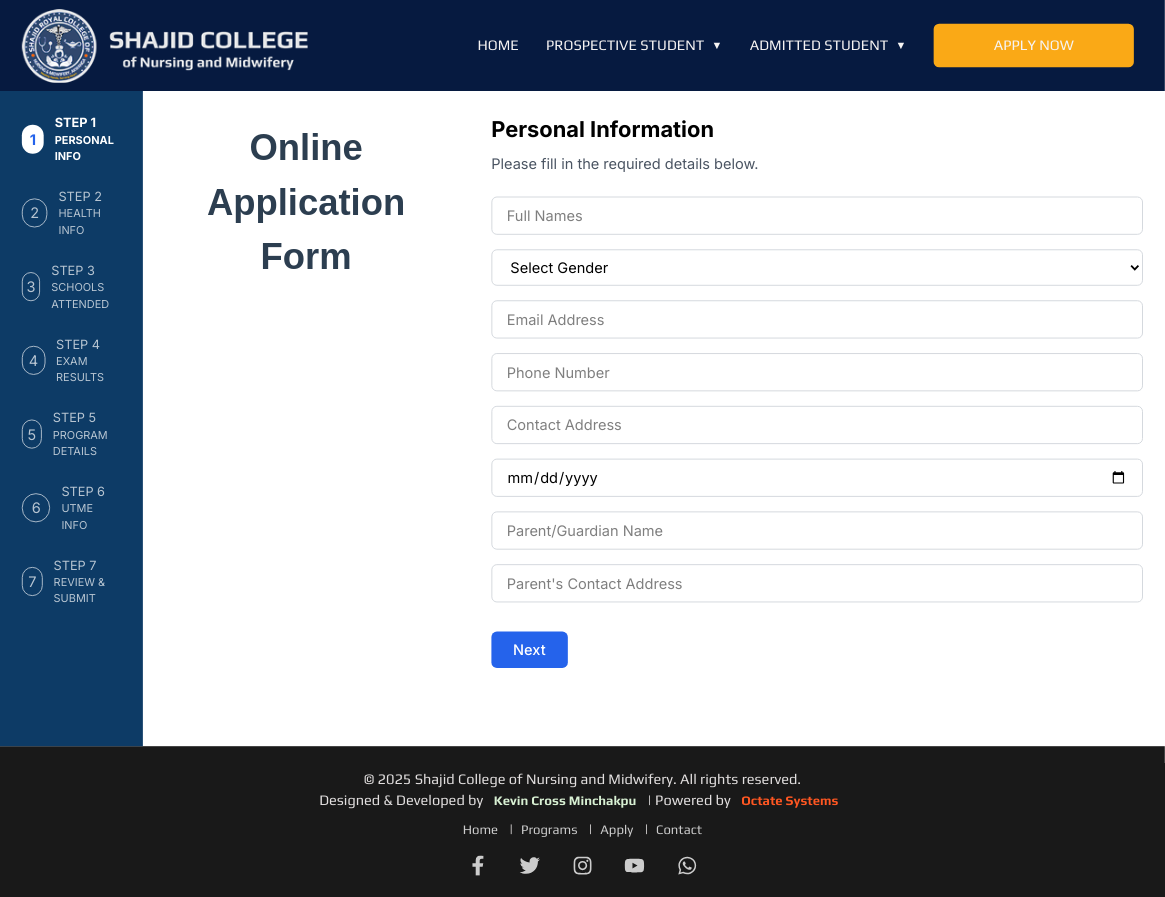
Repository: GlorifiedIntel/shajid-sms
Page: /apply
An editor plug-in stored every save of this project. The page is shown before and after the next save, followed by the edit.
The browser window is 1280 px wide. The pictures show the whole page, at 91% of full size.
The project was rebuilt for these pictures with package versions that can differ from the ones it lists, and the page was loaded fresh each time. The framework's server and built-in components were replaced by stand-ins that run in the browser. Also part of the build but not shown: next.config.mjs, src/components/steps/HealthInfo.module.css, src/components/steps/HealthInfo.jsx, src/components/steps/SchoolsAttended.module.css, src/components/steps/SchoolsAttended.jsx, src/constants/subjects.js, src/components/steps/ExamResults.module.css, src/components/steps/ExamResults.jsx and 7 more.

Above is the page before, as saved 2025-07-04 16:38:43.

After the next save:
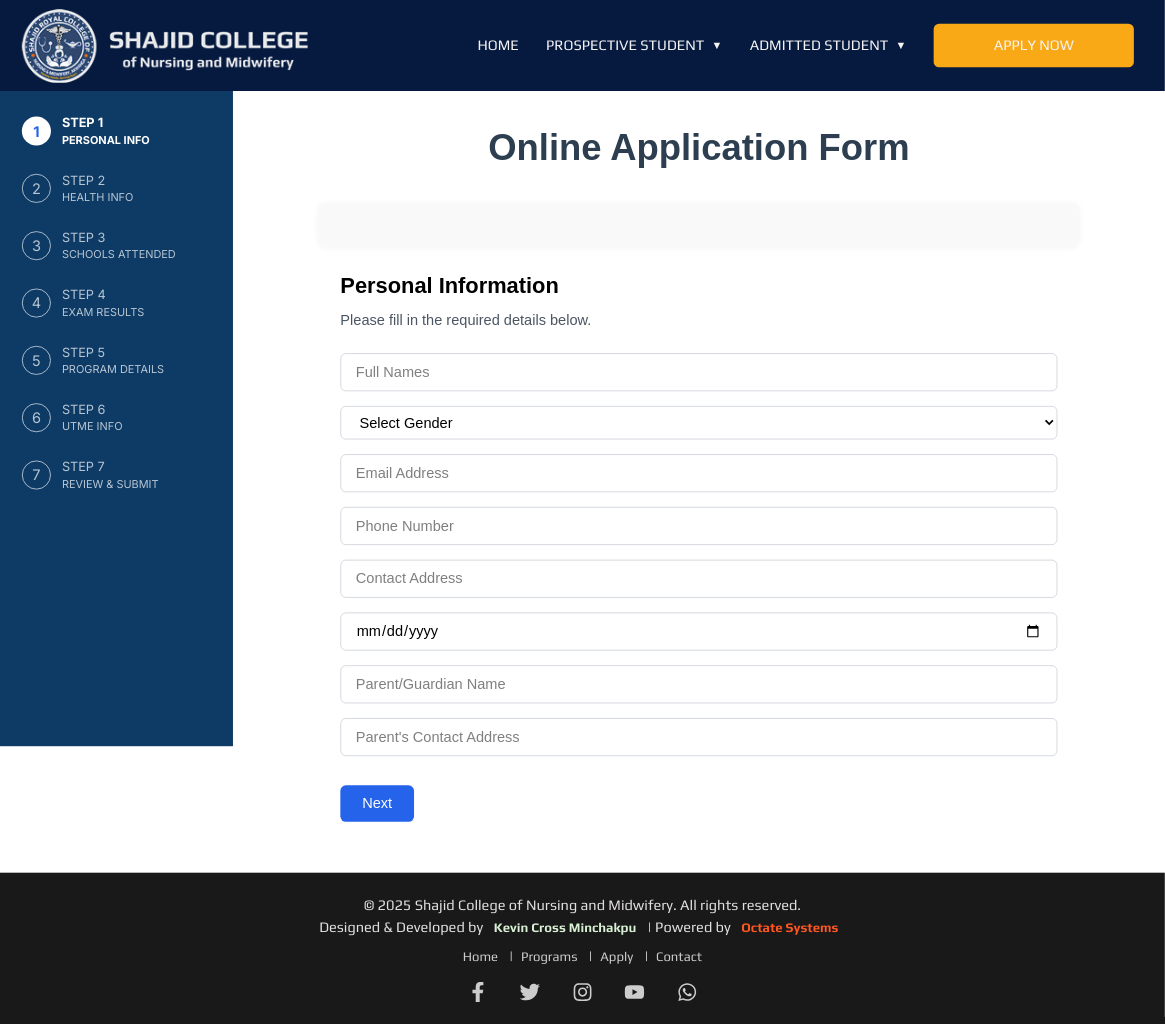
Saved 49 s later.
--- a/src/app/apply/page.jsx
+++ b/src/app/apply/page.jsx
@@ -42,11 +42,14 @@ export default function ApplyPage() {
         <Sidebar />
         <div className={styles.applicationContainer}>
           <h1 className={styles.pageTitle}>Online Application Form</h1>
+
+          <div className={styles.instructions}>
+
           </div>
 
           <StepRenderer />
         </div>
-
+      </div>
     </FormProvider>
   );
 }
